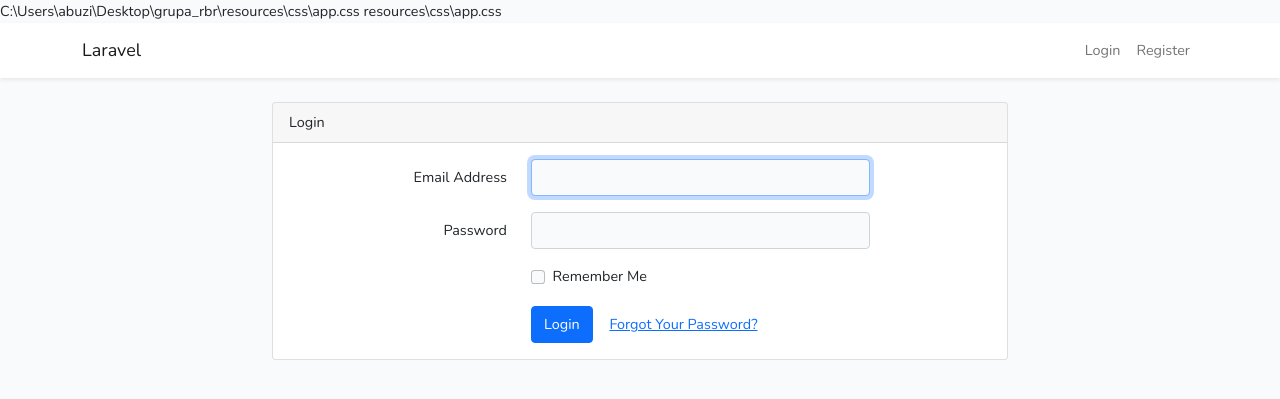
Repository: Abuziarova/grupa_rbr
Page: http://localhost/login
These files come from the project's save history. The page is drawn as it stood at one moment and after the next save; the edit follows.
The browser window is 1280 px wide. The pictures show the whole page.
The page is served by the project's Laravel application, run on PHP 8.4 with Laravel 8.

Above is the page before, as saved 2022-01-29 09:41:31.

After the next save:
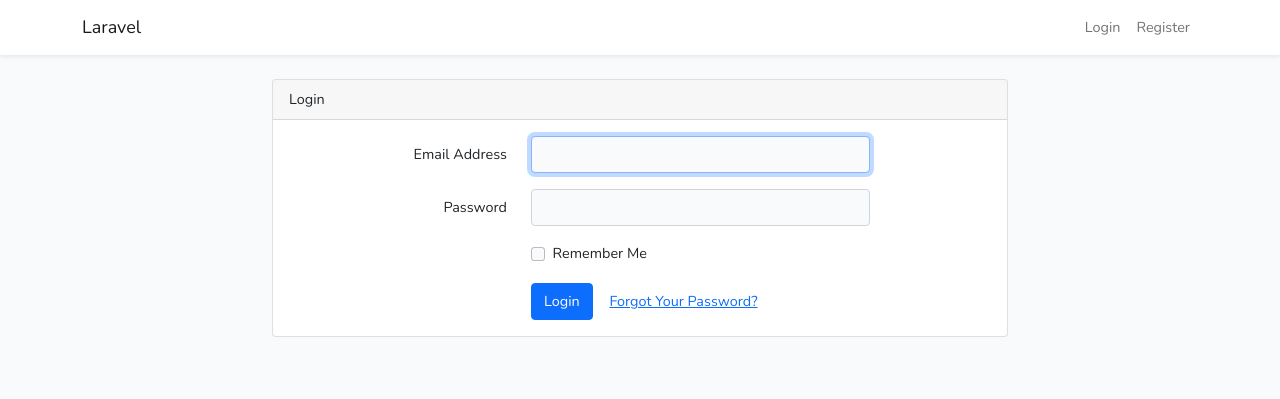
Saved 4 s later.
--- a/resources/views/layouts/app.blade.php
+++ b/resources/views/layouts/app.blade.php
@@ -13,8 +13,6 @@
     <!-- Scripts -->
     <script src="{{ asset('js/app.js') }}" defer></script>
     <script src="  .\resources\css\app.css" defer></script>
-    C:\Users\abuzi\Desktop\grupa_rbr\resources\css\app.css
-    resources\css\app.css
     <!-- Fonts -->
     <link rel="dns-prefetch" href="//fonts.gstatic.com">
     <link href="https://fonts.googleapis.com/css?family=Nunito" rel="stylesheet">
@@ -66,7 +64,7 @@
 
                                 <div class="dropdown-menu dropdown-menu-end" aria-labelledby="navbarDropdown">
                                     <a class="dropdown-item" href="{{ route('logout') }}" onclick="event.preventDefault();
-                                                         document.getElementById('logout-form').submit();">
+                                                             document.getElementById('logout-form').submit();">
                                         {{ __('Logout') }}
                                     </a>
 
